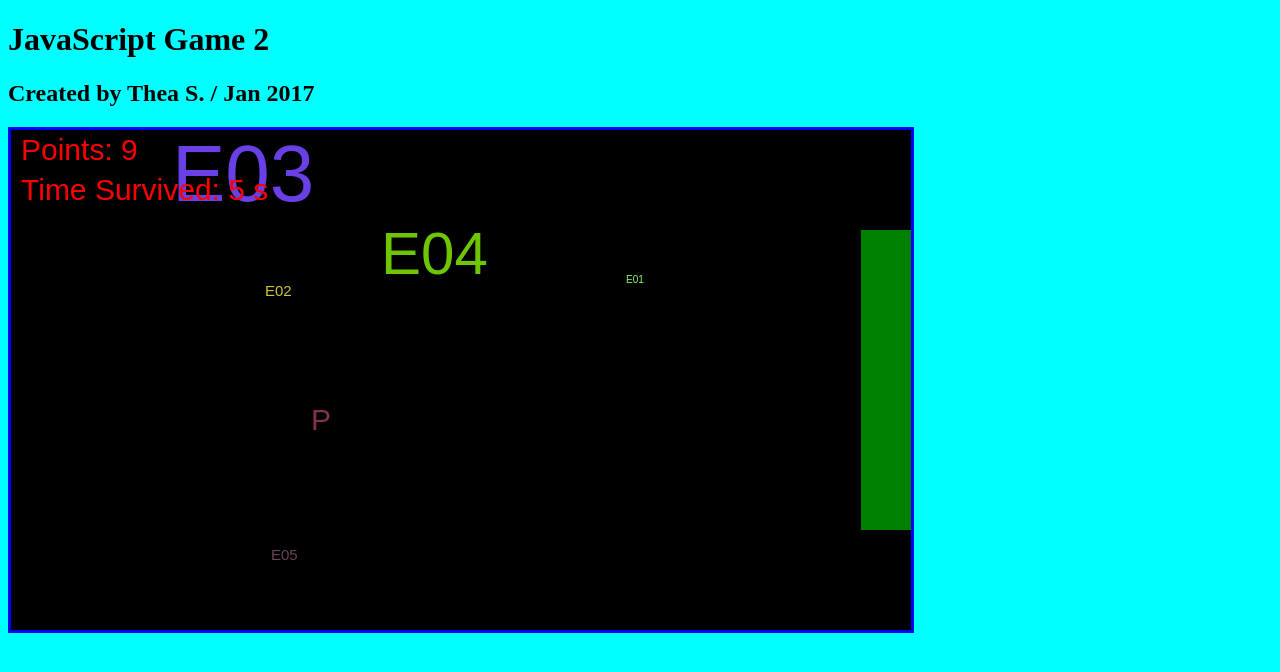
Repository: m-rabbit/b1_sukianto_code
Page: websites/JS_Game_02/index.html
The author's editor kept a copy of each file at every save. The page is drawn from the files as they stood at one save, then again after the next save.
The browser window is 1280 px wide. The pictures show the whole page.

Above is the page before, as saved 2017-02-22 15:17:45.

After the next save:
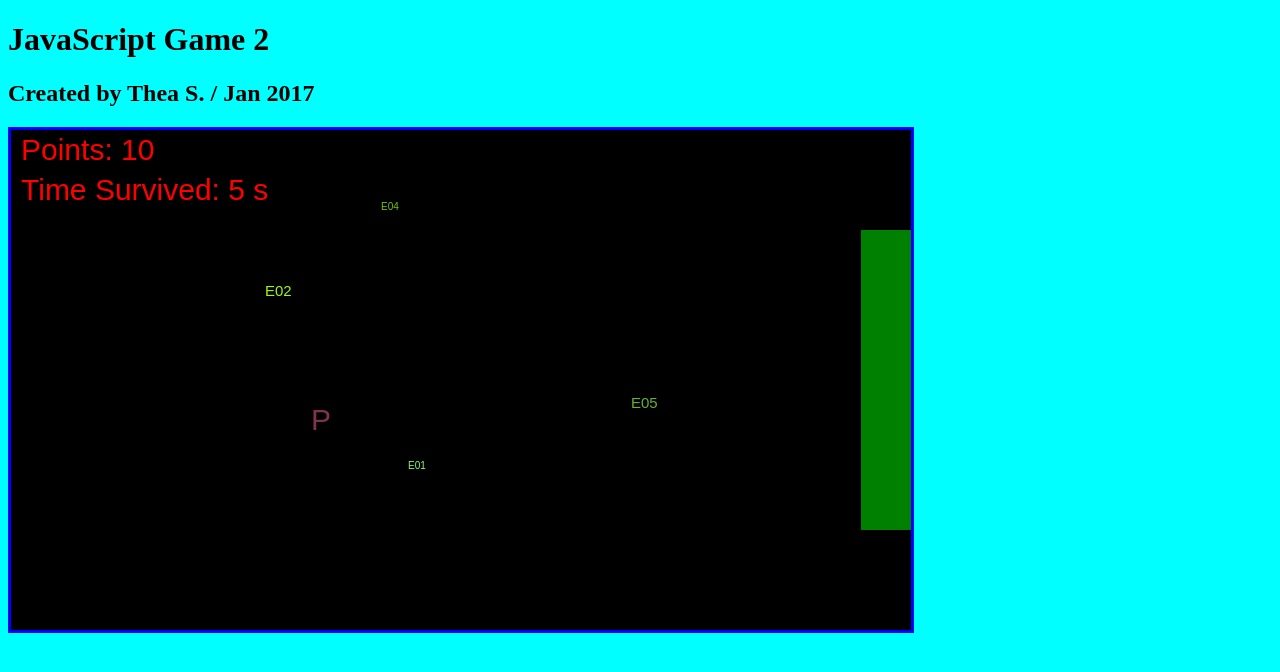
Saved 2 min 36 s later.
--- a/websites/JS_Game_02/js/gametwo.js
+++ b/websites/JS_Game_02/js/gametwo.js
@@ -104,14 +104,14 @@ updateEntityPosition = function(something) {
 	something.y += something.spdY;
 
 	//flips spdX if we hit either the left or the right sides
-	if (something.x >= 850 - rtSpacing  || something.x <= 0) {// right side OR left side
+	if (something.x >= ctx.Width - rtSpacing  || something.x <= 0 || inGoal(something)) {// right side OR left side
 		something.spdX *= -1;
 		something.color = "rgb(" + red + "," + green + "," + blue + ")";
 		something.font = something.wallFont;
 	}
 
 	// flip spdY if we hit either the ceiling OR the floor
-	if (something.y >= ctxHeight - bottomSpacing || something.y <= topSpacing) {// || is a Boolean for "OR"
+	if (something.y >= ctxHeight - bottomSpacing || something.y <= topSpacing || inGoal(something)) {// || is a Boolean for "OR"
 		something.spdY *= -1;
 		something.color = "rgb(" + red + "," + green + "," + blue + ")";
 		something.font = something.topBottomFont;
